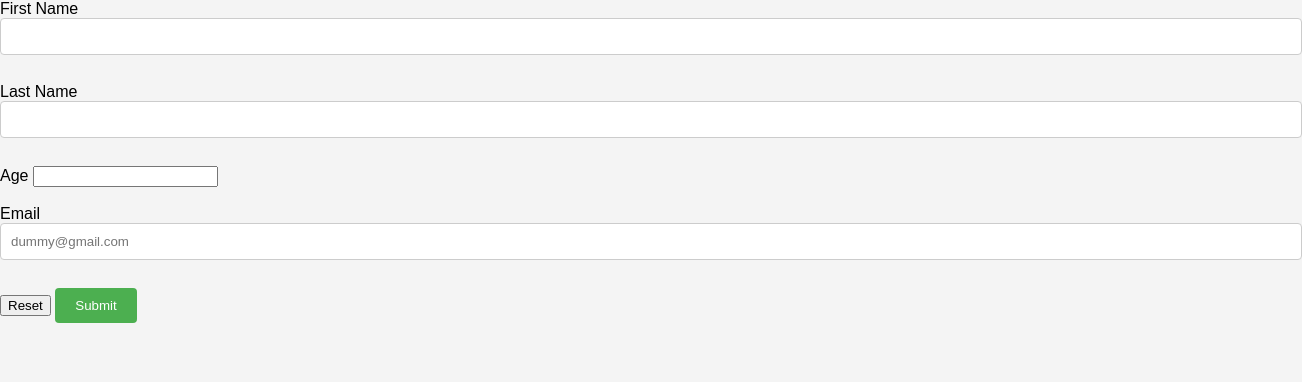
Repository: Haakim19/web-dev
Page: form.html
These files come from the project's save history. The page is drawn as it stood at one moment and after the next save; the edit follows.
The browser window is 1280 px wide. The page is 1302 px wide, then 1282 px, so the pictures cover 1302 px, including what lies to the right of the window. The pictures show the whole page.

Above is the page before, as saved 2024-06-02 16:09:08.

### form.html
<!DOCTYPE html>
<html lang="en">
<head>
    <meta charset="UTF-8">
    <meta name="viewport" content="width=device-width, initial-scale=1.0">
    <link rel="stylesheet" type = "text/css" href = "form.css">
    <title>Form</title>
</head>
<body>
    <form action="form.php" method = "POST">
       <div>
            <label for="fname">First Name</label>
            <input type="text" name = "fname" id = "fname" required>
       </div>

       <br>

        <div>
            <label for="lname">Last Name</label>
            <input type="text" name = "lname" id = "lname" required>

        </div>

        <br>

        <div>
            <label for="age">Age</label>
            <input type="number" name = "age" id = "age" min="0">

        </div>

        <br>

        <div>
            <label for="email">Email</label>
            <input type="email" name = "email" id = "email" required placeholder="dummy@gmail.com">

        </div>


        <br>

        <input type="reset" value = "Reset">
        <input type="submit" value = "Submit">

    </form>
</body>
</html>

### form.css
body {
    font-family: Arial, sans-serif;
    background-color: #f4f4f4;
    margin: 0;
    padding: 0;
}
/* Reset default form styles */
form {
    margin: 0;
    padding: 0;

}

/* Style form elements */
input[type="text"],
input[type="email"],
input[type="password"],
textarea {
    width: 100%;
    padding: 10px;
    margin-bottom: 10px;
    border: 1px solid #ccc;
    border-radius: 4px;
}

input[type="submit"] {
    background-color: #4CAF50;
    color: white;
    padding: 10px 20px;
    border: none;
    border-radius: 4px;
    cursor: pointer;
}

input[type="submit"]:hover {
    background-color: #45a049;
}

After the next save:
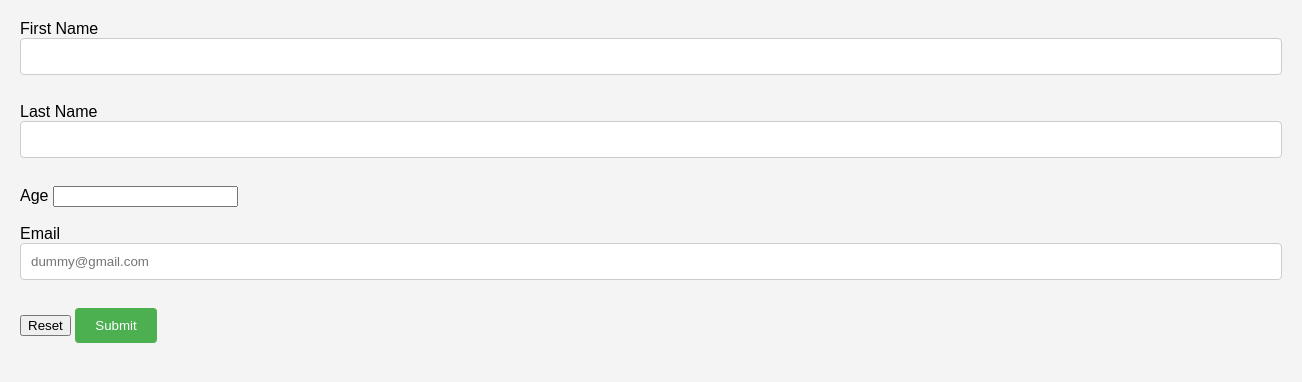
Saved 19 s later.
--- a/form.css
+++ b/form.css
@@ -1,8 +1,8 @@
 body {
     font-family: Arial, sans-serif;
     background-color: #f4f4f4;
-    margin: 0;
-    padding: 0;
+    margin: 10px;
+    padding: 10px;
 }
 /* Reset default form styles */
 form {
